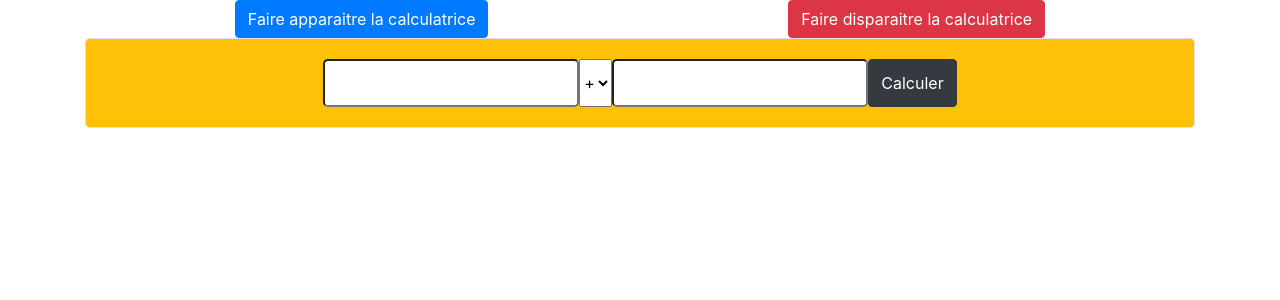
Repository: julieLyM/calculatrice
Page: calculatrice.html
These files come from the project's save history. The page is drawn as it stood at one moment and after the next save; the edit follows.
The browser window is 1280 px wide. The pictures show the whole page.

Above is the page before, as saved 2020-12-08 15:18:51.

### calculatrice.html
<!DOCTYPE html>
<html lang="fr">
  <head>
    <meta charset="UTF-8">
    <meta name="viewport" content="width=device-width, initial-scale=1.0">
		<link rel="stylesheet" href="https://cdn.jsdelivr.net/npm/bootstrap@4.5.3/dist/css/bootstrap.min.css" integrity="sha384-TX8t27EcRE3e/ihU7zmQxVncDAy5uIKz4rEkgIXeMed4M0jlfIDPvg6uqKI2xXr2" crossorigin="anonymous">

    <title>exercice calculatrice</title>
  </head>
  <body>
    <div class="container-fluid">
      <div class="container">

        <div class="row justify-content-around" style="margin: 0 auto; text-align:center">
            <button class="btn btn-primary" id="appear" >Faire apparaitre la calculatrice </button>
            <button class="btn btn-danger" id="disapear">Faire disparaitre la calculatrice</button>
        </div>


        <div class="row justify-content-center border bg-warning w-100 rounded-lg" id="blocCal"  style="padding: 20px;margin: 0px auto; text-align:center">

          <input type="text" class="rounded-lg" value="" id="nombre1">

          <select name="calcul" id="operateur">
            <option>+</option>
            <option>-</option>
            <option>*</option>
            <option>/</option>
          </select>

          <input type="text" class="rounded-lg" value="" id="nombre2">
          <br>
          <br>
          <button type="button" class="btn btn-dark" id="calculer">Calculer</button>
          <br>

          <br>
    </div>
    <div class="row justify-content-center">
      <div id="message"></div>
    </div>
  </div>
</div>
    <!--APPEL JQUERY-->
		<script src="https://code.jquery.com/jquery-3.5.1.min.js" integrity="sha256-9/aliU8dGd2tb6OSsuzixeV4y/faTqgFtohetphbbj0=" crossorigin="anonymous"></script>
		<script src="https://cdn.jsdelivr.net/npm/bootstrap@4.5.3/dist/js/bootstrap.bundle.min.js" integrity="sha384-ho+j7jyWK8fNQe+A12Hb8AhRq26LrZ/JpcUGGOn+Y7RsweNrtN/tE3MoK7ZeZDyx" crossorigin="anonymous"></script>
    <!--NOTRE CODE JS-->
    <script src="calculatrice.js"></script>
  </body>
</html>

### calculatrice.js
//Etapes :
// --------
// - faire une page html
// - créer deux input type text avec deux id différent pour la saisie des valeurs
// - créer un select avec un id pour proposer les différents opérateurs. (+-*/    ** %)
// - créer un bouton avec un id pour lancer le calcul (button, span)

// Avec js :
// ---------
// - lors du click  sur le bouton (evenement) :
// - récupérer les deux saisies des champs text et l'opérateur selectionné

// - il peut être important de passer les saisies dans un parseFloat() pour les transformer en type number
// - declencher le calcul des saisies selon  l'opérateur avec un if qui va tester l'opérateur pour déclencher l'opération.
// - afficher l'opération avec le résultat.

// Pour aller plus loin :
// ----------------------
// - essayer de donner la possibilité de faire apparaitre ou disparaitre la calculatrice

$(document).ready(function () {
  $('#appear').on('click', function () {
    $('#blocCal').slideDown(1000);
  });

  // Cacher la  calculatrice :
  $('#disapear').on('click', function () {
    $('#blocCal').slideUp(1000);
  });

  $('#calculer').on('click', function () {
    var value1 = $('#nombre1').val();
    var signe = $('#operateur').val();
    var value2 = $('#nombre2').val();

    value1 = parseFloat(value1);
    value2 = parseFloat(value2);
    var resultat = '';

    if (signe == '+') {
      resultat = $('#message').html(
        '<div style="background-color: pink;color: yellow; text-align: center;font-size:26px; padding:20px">Résultat addition: ' +
          value1 +
          signe +
          value2 +
          ' = ' +
          (value1 + value2) +
          '</div>'
      );
    } else if (signe == '-') {
      resultat = resultat = $('#message').html(
        '<div style="background-color: pink;color: blue; text-align: center;font-size:26px; padding:20px">Résultat soustration: ' +
          value1 +
          signe +
          value2 +
          ' = ' +
          (value1 - value2) +
          '</div>'
      );
    } else if (signe == '*') {
      resultat = resultat = $('#message').html(
        '<div style="background-color: pink;color: purple; text-align: center;font-size:26px; padding:20px">Résultat multiplication: ' +
          value1 +
          signe +
          value2 +
          ' = ' +
          value1 * value2 +
          '</div>'
      );
    } else if (signe == '/') {
      resultat = resultat = $('#message').html(
        '<div style="background-color: pink;color: green; text-align: center;font-size:26px; padding:20px">Résultat division: ' +
          value1 +
          signe +
          value2 +
          ' = ' +
          value1 / value2 +
          '</div>'
      );
    }
  });

  $('#nombre1, #nombre2').on('mouseover', function () {
    $('#message').html(
      `<div style="background-color: pink;color: red; padding:20px">Saisir un chiffre</div>`
    );
  });

  $('#nombre1, #nombre2').on('mouseout', function () {
    $('#message').html('');
  });

  $('#operateur').on('mouseover', function () {
    $('#message').html(
      `<div style="background-color: pink;color: red; padding:20px">Saisir un opérateur + - / *</div>`
    );
  });
  $('#operateur').on('mouseout', function () {
    $('#message').html('');
  });
});

After the next save:
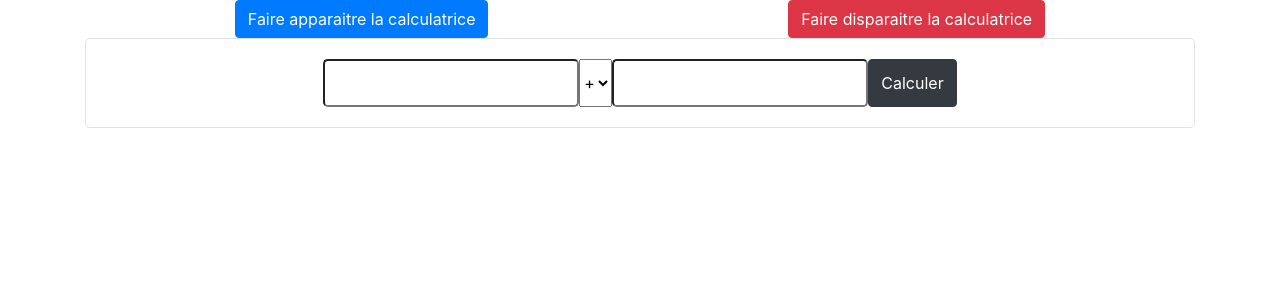
Saved 21 s later.
--- a/calculatrice.html
+++ b/calculatrice.html
@@ -17,7 +17,7 @@
         </div>
 
 
-        <div class="row justify-content-center border bg-warning w-100 rounded-lg" id="blocCal"  style="padding: 20px;margin: 0px auto; text-align:center">
+        <div class="row justify-content-center border w-100 rounded-lg" id="blocCal"  style="padding: 20px;margin: 0px auto; text-align:center">
 
           <input type="text" class="rounded-lg" value="" id="nombre1">
 
